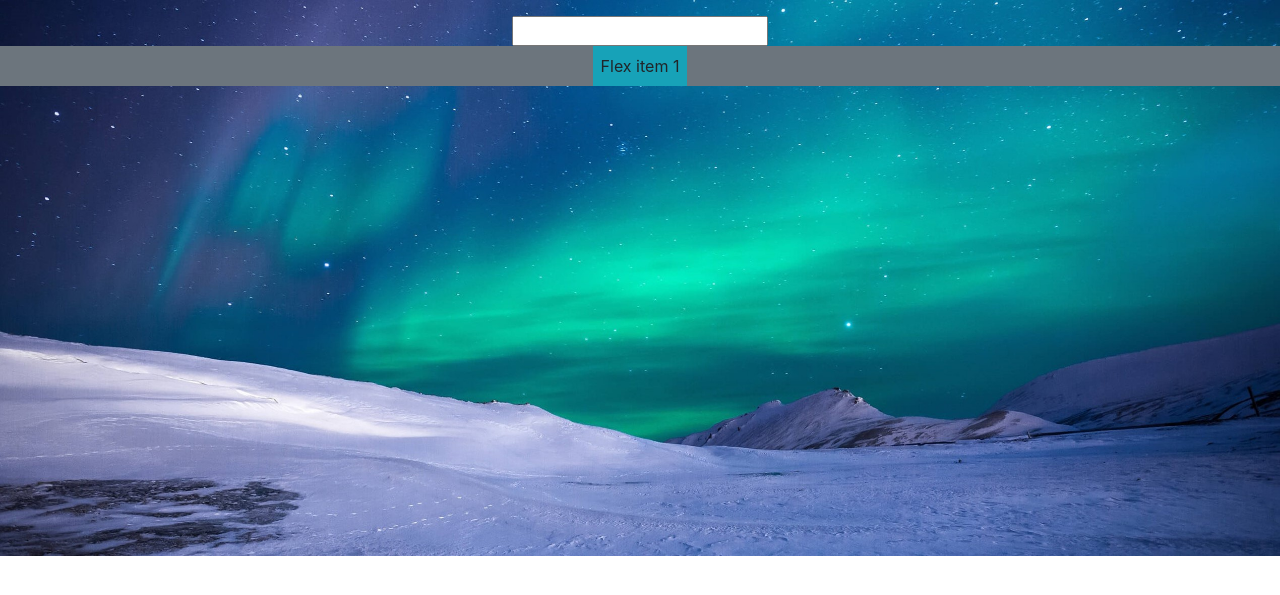
Repository: DHUAVH/Blog
Page: test/test.html
An editor plug-in stored every save of this project. The page is shown before and after the next save, followed by the edit.
The browser window is 1280 px wide. The pictures show the whole page.
Some web libraries are served in a nearby version.

Above is the page before, as saved 2020-11-29 17:10:15.

After the next save:
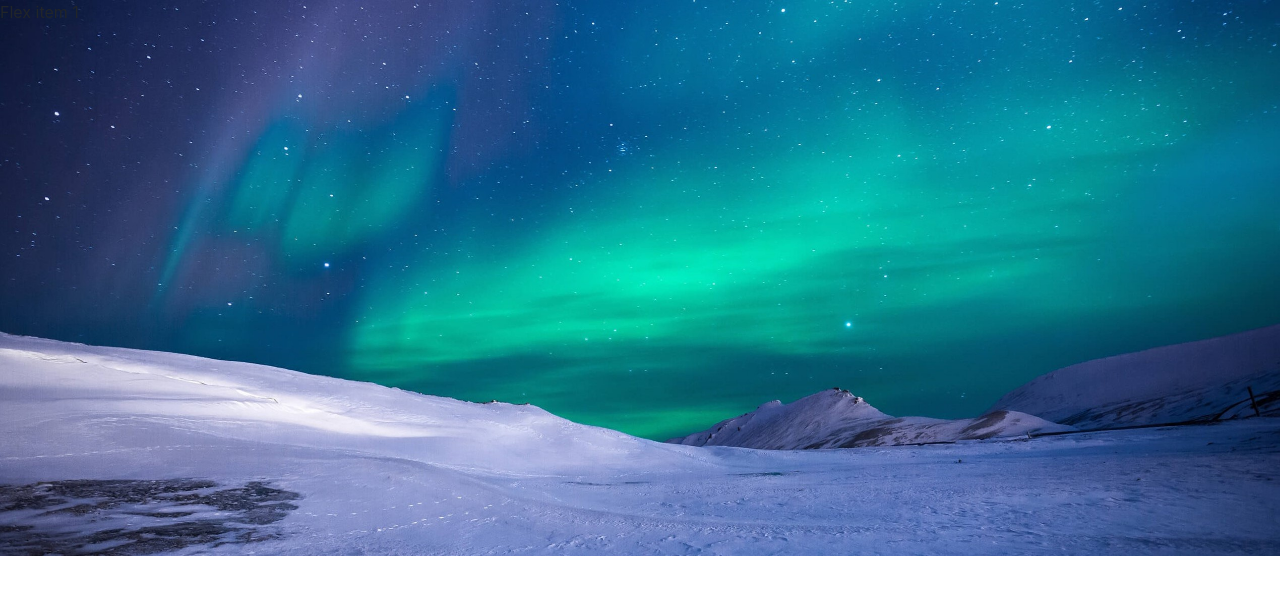
Saved 73 s later.
--- a/test/test.html
+++ b/test/test.html
@@ -20,16 +20,7 @@
 </head>
 
 <body class="background">
-   <div class="d-flex align-content-center bg-secondary mb-3"></div>
-      <div class="d-flex justify-content-center">
-         <input type="text">
-      </div>
-      <div class="d-flex justify-content-center bg-secondary mb-3">
-         <div class="p-2 bg-info">Flex item 1</div>
-       </div>
-
-       <div></div>
-   </div>
+         <div class="justify-content-center">Flex item 1</div>
 
 
 </body>
